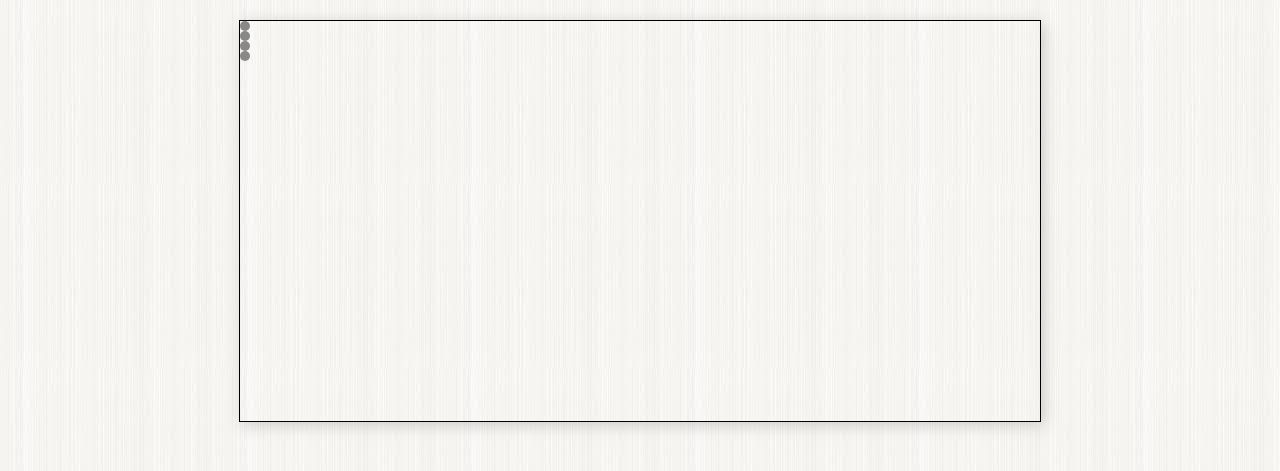
Repository: lauroPereira/study
Page: http://localhost/modules/home/home.php
These files come from the project's save history. The page is drawn as it stood at one moment and after the next save; the edit follows.
The browser window is 1280 px wide. The pictures show the whole page.
The page is run by PHP 8.4 with error messages shown; the project is at /var/www/html/.

Above is the page before, as saved 2016-06-14 04:24:42.

After the next save:
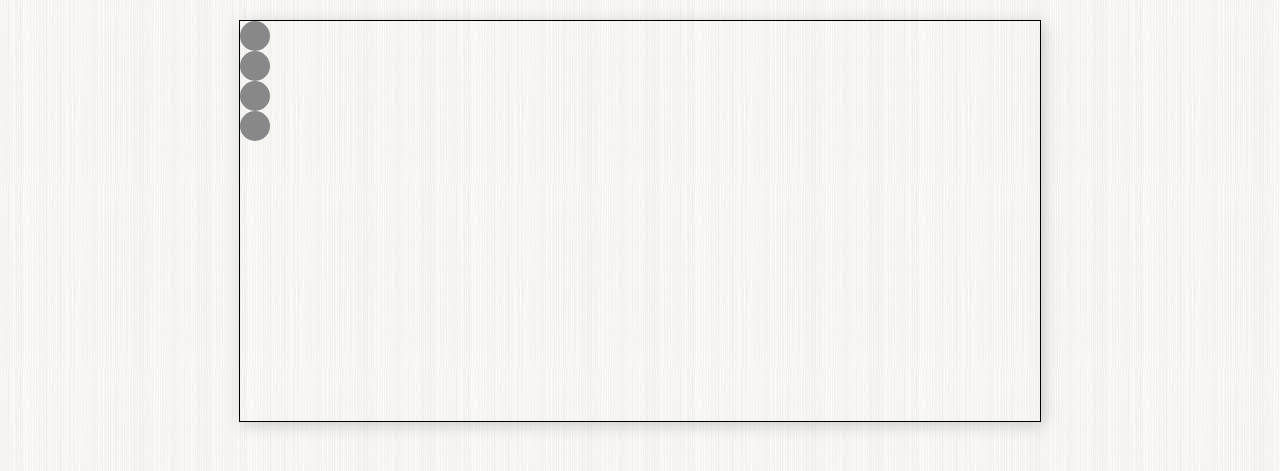
Saved 6 s later.
--- a/TrabalhoFinalWeb/css/home.css
+++ b/TrabalhoFinalWeb/css/home.css
@@ -8,8 +8,8 @@
 }
 
 #carousel div{
-	height: 10px;
-	width: 10px;
+	height: 30px;
+	width: 30px;
 	border-radius: 50%;
 	background-color: #888;
 }
